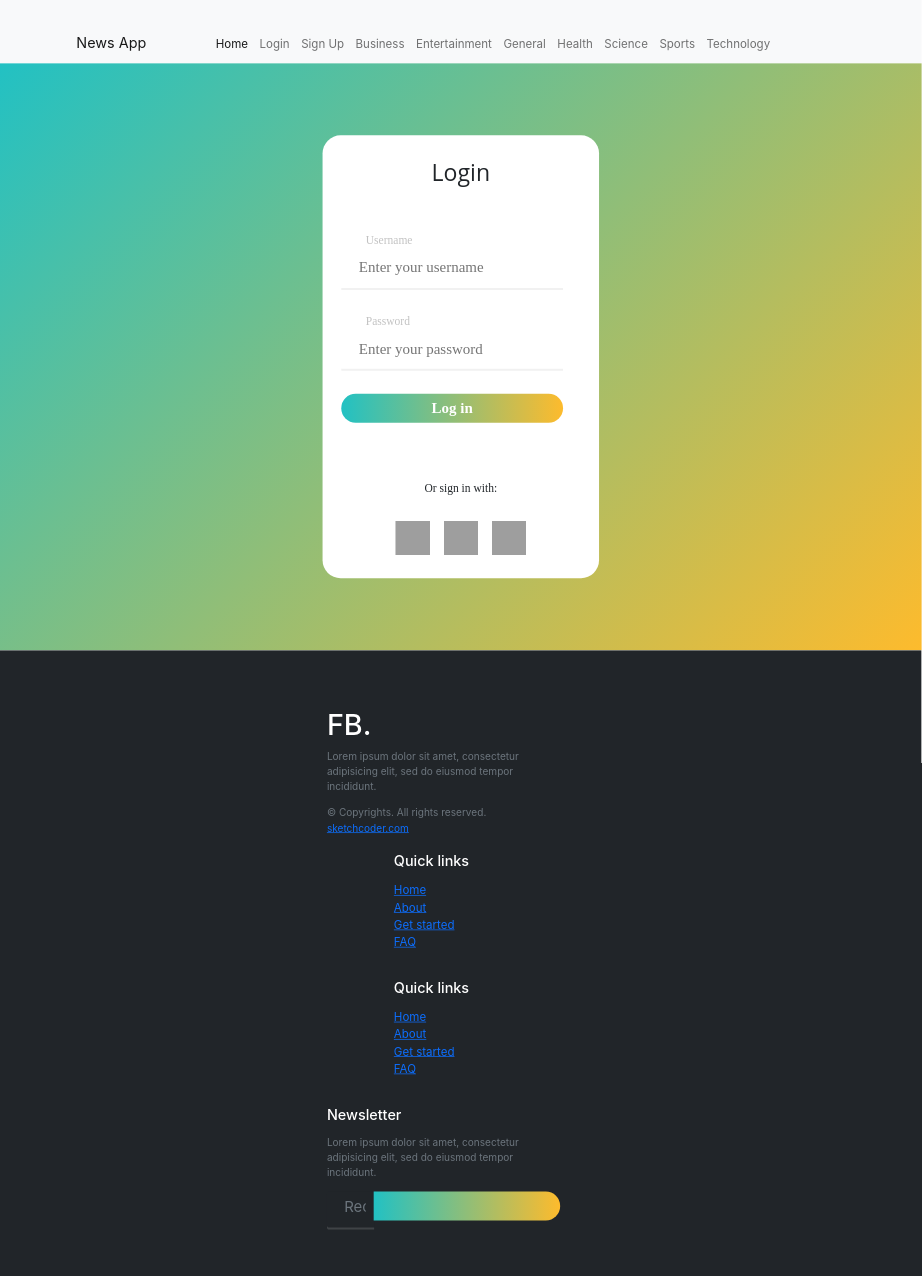
Repository: ZainAkbar51214/News-Site
Page: /login
The author's editor kept a copy of each file at every save. The page is drawn from the files as they stood at one save, then again after the next save.
The browser window is 1280 px wide. The pictures show the whole page, at 72% of full size.
Pictures or frames that could not be fetched are drawn as grey boxes. The project was rebuilt for these pictures with package versions that can differ from the ones it lists, and the page was loaded fresh each time. Also part of the build but not shown: src/Components/pages/SignUp.jsx, src/Components/Layouts/NewsItem.js, src/Components/Spinner.jsx, src/Components/Layouts/News.js.

Above is the page before, as saved 2023-12-18 03:50:38.

After the next save:
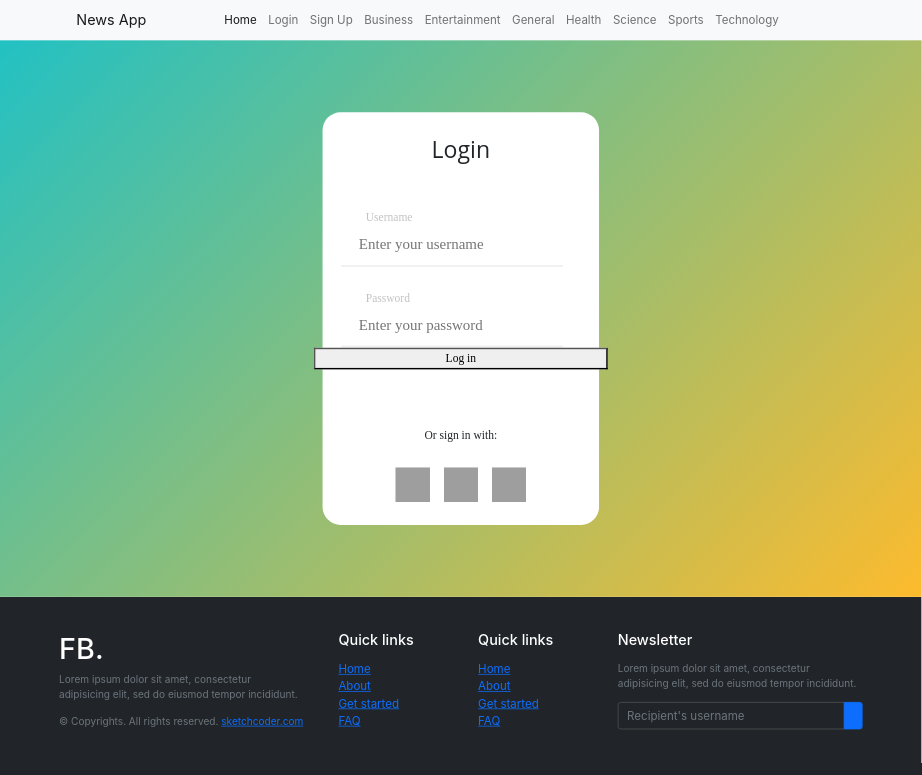
Saved 98 s later.
--- a/src/App.css
+++ b/src/App.css
@@ -64,7 +64,7 @@
   font-size: 2rem;
 }
 
-.row{
+.row-lab{
   display: flex;
   flex-direction: column;
   align-items: center;
@@ -73,7 +73,7 @@
 
 }
 
-.row input{
+.row-lab input{
   width: 80%;
   box-sizing: border-box;
 	border: none;
@@ -84,29 +84,29 @@
   transition: box-shadow 0.2s ease-in;
 }
 
-.row input:focus{
+.row-lab input:focus{
    box-shadow: inset 0px -3px 0px 0px rgba(34,193,195,0.7);
    outline: none;
 }
 
-.row input::-webkit-input-placeholder{
+.row-lab input::-webkit-input-placeholder{
   opacity: 1;
   transition: opacity 0.25s ease-out;
 }
 
-.row input:hover::-webkit-input-placeholder,
-.row input:focus::-webkit-input-placeholder{
+.row-lab input:hover::-webkit-input-placeholder,
+.row-lab input:focus::-webkit-input-placeholder{
   opacity: 0;
 }
 
-.row label{
+.row-lab label{
   align-self: start;
   padding-left: 4.5rem;
   padding-bottom: 0.5rem;
   color: rgba(187,187,187,0.9);
 }
 
-.row button{
+.row-lab button{
   border-radius: 25px;
   width: 80%;
   height: 40px;
@@ -120,7 +120,7 @@
   transition: opacity 0.25s ease-out;
 }
 
-.row button:hover{
+.row-lab button:hover{
   opacity: 0.8;
 }
 
